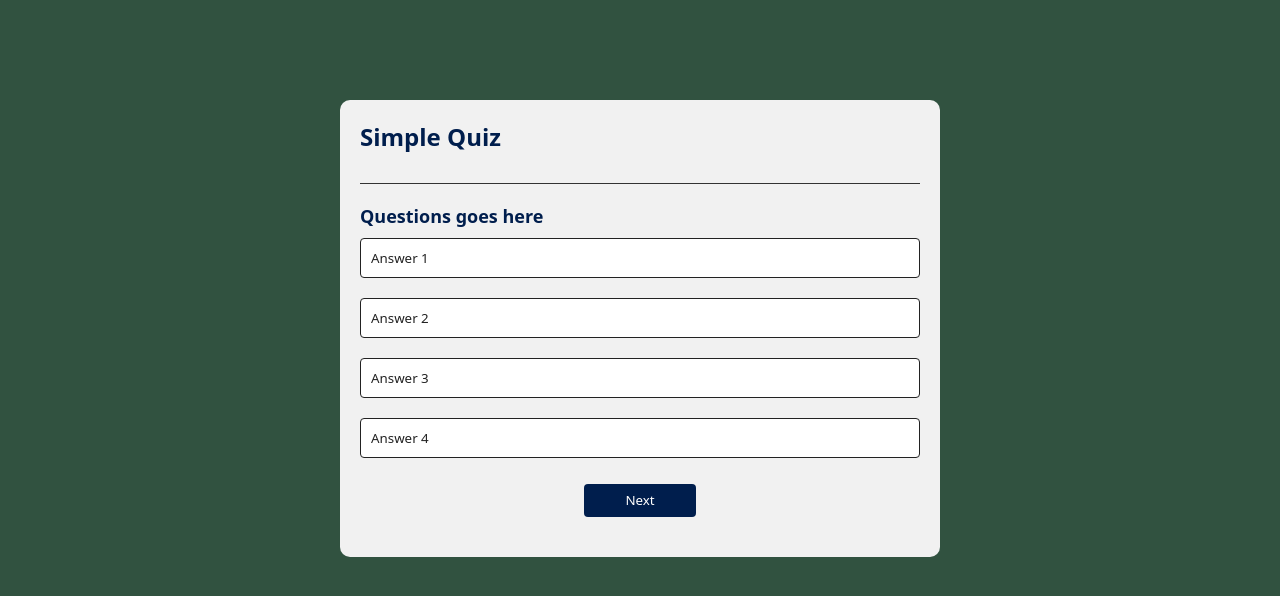
Repository: VickyJacob23/Quiz-App
Page: index.html
An editor plug-in stored every save of this project. The page is shown before and after the next save, followed by the edit.
The browser window is 1280 px wide. The pictures show the whole page.

Above is the page before, as saved 2024-08-04 16:57:42.

### index.html
<!DOCTYPE html>
<html lang="en">
<head>
    <meta charset="UTF-8">
    <meta name="viewport" content="width=device-width, initial-scale=1.0">
    <title>Quiz App</title>
    <link rel="stylesheet" href="styles.css">
</head>
<body>
    <div class="app">
        <h1>Simple Quiz</h1>
        <div class="quiz">
            <h2 id="question">Questions goes here</h2>
            <div id="answer-buttons">
                <button class="btn">Answer 1</button>
                <button class="btn">Answer 2</button>
                <button class="btn">Answer 3</button>
                <button class="btn">Answer 4</button>
            </div>
            <button id="next-btn">Next</button>
        </div>
    </div>
</body>
</html>

### styles.css
*{
    margin: 0;
    padding: 0;
    box-sizing: border-box;
    font-family: system-ui, -apple-system, BlinkMacSystemFont, 'Segoe UI', Roboto, Oxygen, Ubuntu, Cantarell, 'Open Sans', 'Helvetica Neue', sans-serif;
}

body{
    background-color: #315240;

}
.app{
    width:90%;
    max-width: 600px;
    background-color:#f1f1f1;
    padding: 20px;
    border-radius: 10px;
    margin: 100px auto 0;
}
.app h1{
    font-size: 24px;
    font-weight: 600;
    color: #001e4d;
    border-bottom: 1px solid #333;
    padding-bottom: 30px;
}
.quiz{
    padding: 20px 0;
}
.quiz h2{
    font-size: 18px;
    font-weight: 600;
    color: #001e4d;
}
.btn{
    background-color:#fff;
    color:#222;
    font-weight: 500;
    width: 100%;
    border: 1px solid #222;
    padding: 10px;
    margin: 10px 0;
    text-align: left;
    cursor: pointer;
    border-radius:4px;
    transition: all 0.3s;
}
.btn:hover{
    background-color:#222;
    color:#fff;
}
#next-btn{
    background-color:#001e4d;
    color:#fff;
    cursor: pointer;
    width: 20%;
    font-weight: 500;
    padding: .55em;
    margin: 1.2em auto 0;
    border-radius:4px;
    border:0;
    display: block;
}

After the next save:
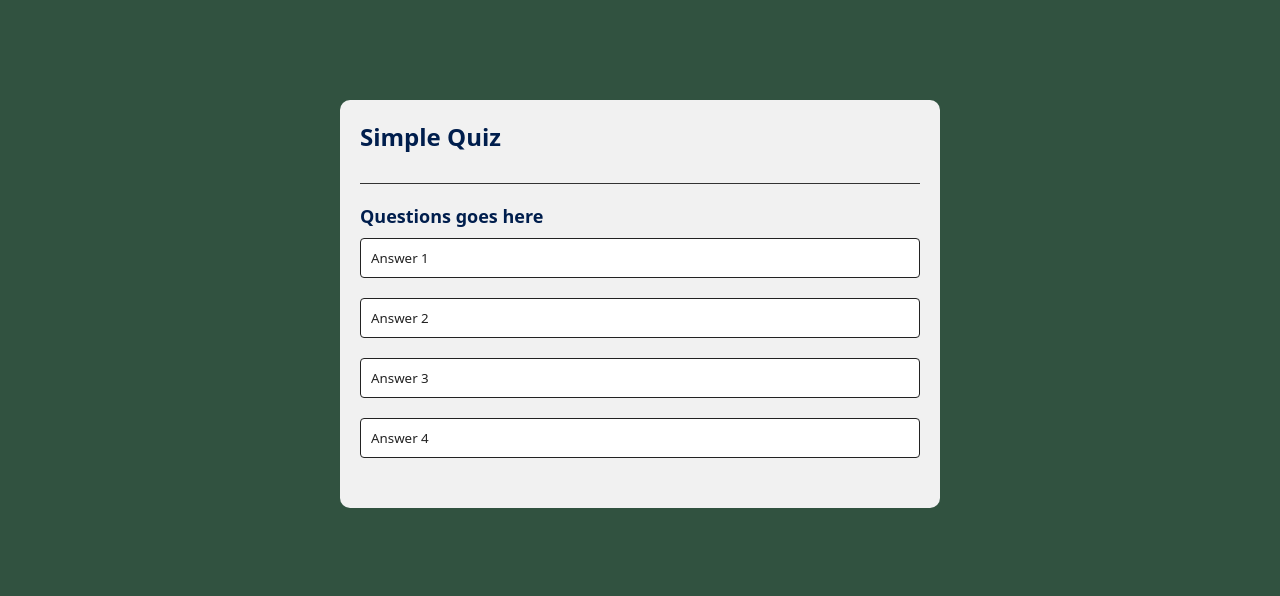
Saved 4 min 52 s later.
--- a/styles.css
+++ b/styles.css
@@ -59,5 +59,5 @@ body{
     margin: 1.2em auto 0;
     border-radius:4px;
     border:0;
-    display: block;
+    display: none;
 }
